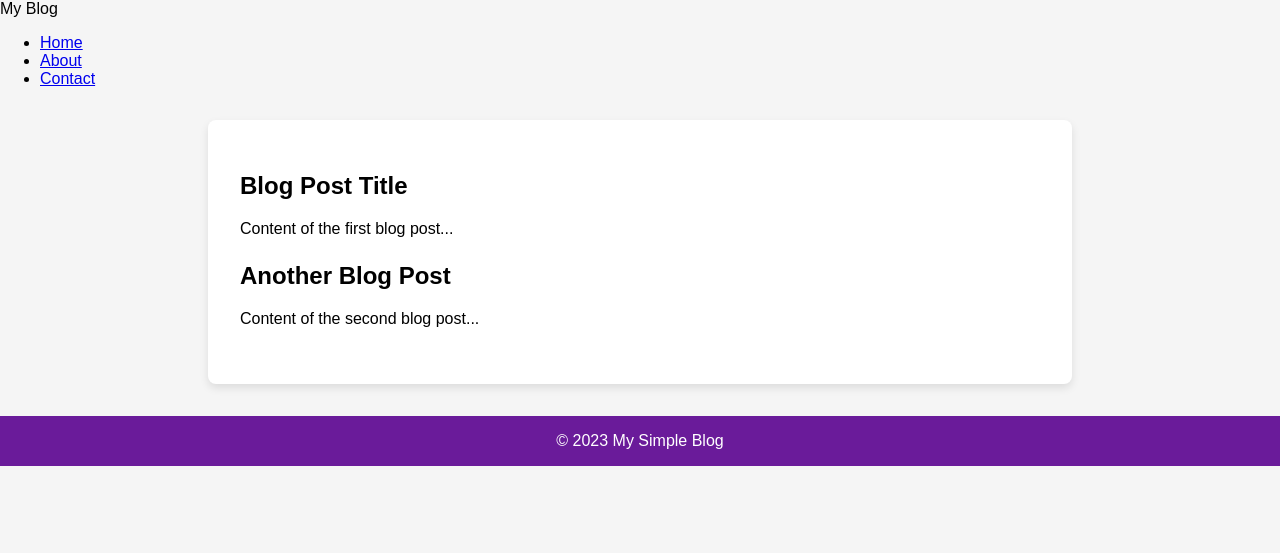
Repository: Femi007-gh/BLOG
Page: index.html
The author's editor kept a copy of each file at every save. The page is drawn from the files as they stood at one save, then again after a run of saves.
The browser window is 1280 px wide. The pictures show the whole page.

Above is the page before, as saved 2025-01-08 09:26:55.

After the next 3 saves:
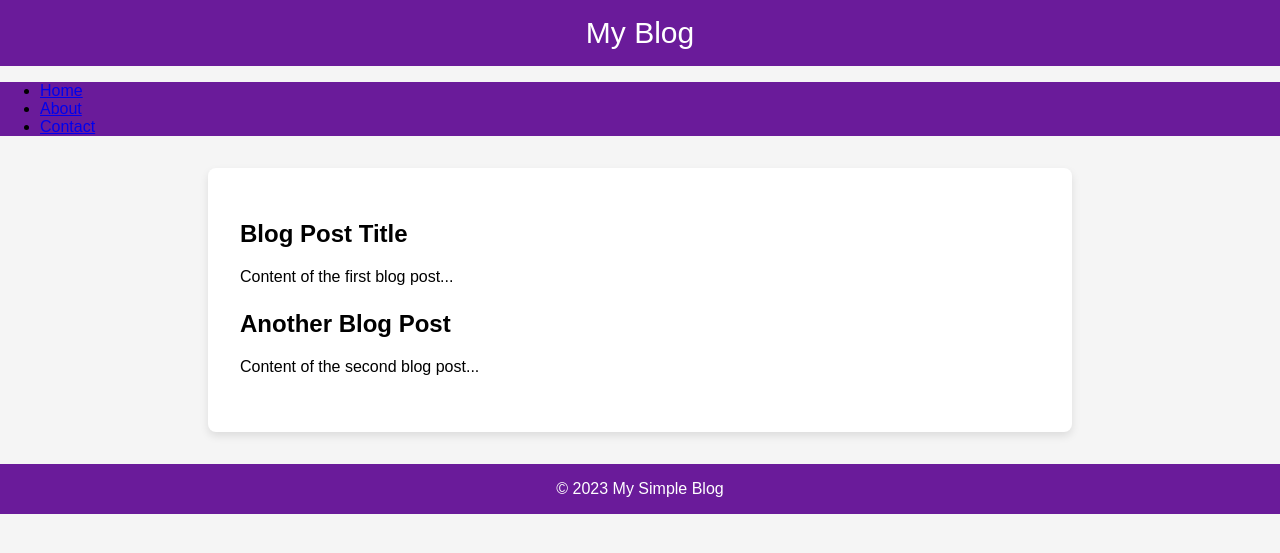
The 3 saves are shown as one change because they came seconds apart.
The last was saved 14 s later.
--- a/style.css
+++ b/style.css
@@ -4,7 +4,8 @@ body {
   background-color: #f5f5f5;
 }
 
-
+header {
+  background-color: #6a1b9a;
   color: white;
   text-align: center;
   padding: 1rem;
@@ -12,7 +13,7 @@ body {
 }
 
 nav {
-
+  background-color: #6a1b9a;
 
 }
 
